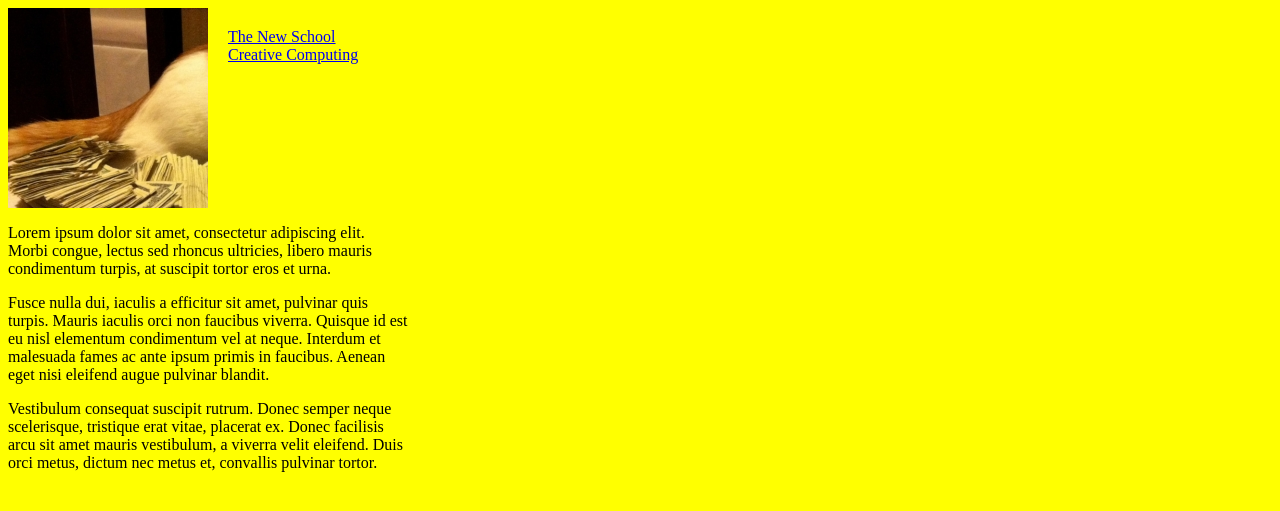
Repository: Djiun/djiun.github.io
Page: index.html
The author's editor kept a record of every edit. The page is drawn from the files as they stood at one moment, then again after the next edit.
The browser window is 1280 px wide. The pictures show the whole page.

Above is the page before.

After the next edit:
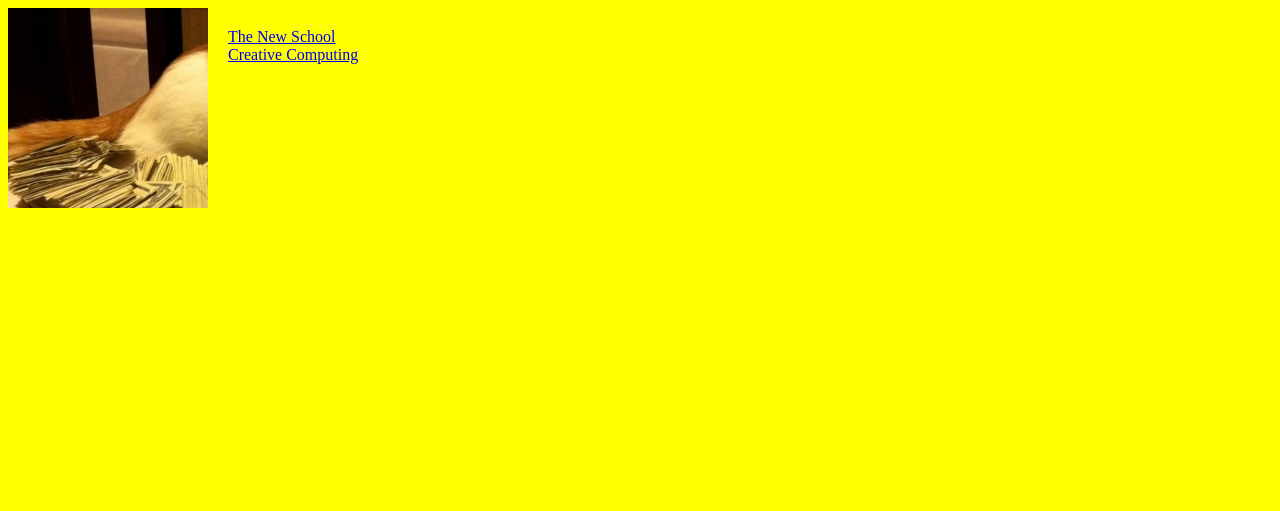
The edit:
--- a/index.html
+++ b/index.html
@@ -22,10 +22,6 @@
 	</div>
 	<div class="sprite"></div>
 
-		<p>Lorem ipsum dolor sit amet, consectetur adipiscing elit. Morbi congue, lectus sed rhoncus ultricies, libero mauris condimentum turpis, at suscipit tortor eros et urna. </p>
-		<p class="paragraph2">Fusce nulla dui, iaculis a efficitur sit amet, pulvinar quis turpis. Mauris iaculis orci non faucibus viverra. Quisque id est eu nisl elementum condimentum vel at neque. Interdum et malesuada fames ac ante ipsum primis in faucibus. Aenean eget nisi eleifend augue pulvinar blandit.</p>
-		<p>Vestibulum consequat suscipit rutrum. Donec semper neque scelerisque, tristique erat vitae, placerat ex. Donec facilisis arcu sit amet mauris vestibulum, a viverra velit eleifend. Duis orci metus, dictum nec metus et, convallis pulvinar tortor. </p>
-
 
 </div>
 	</body>
